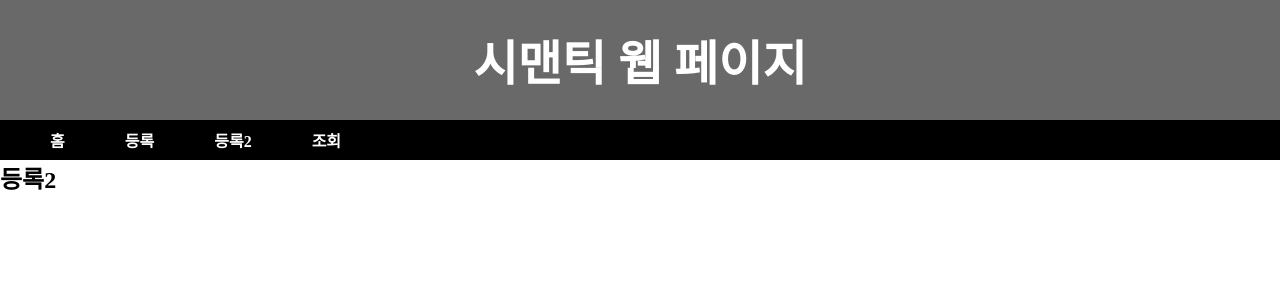
Repository: balhyo-younjisang/DigitechJSP
Page: http://localhost/InputPractice/
The author's editor kept a copy of each file at every save. The page is drawn from the files as they stood at one save, then again after the next save.
The browser window is 1280 px wide. The pictures show the whole page.
The page is served by Tomcat 9. Queries for data that is not in the repository find no rows.

Above is the page before, as saved 2025-03-27 07:13:56.

After the next save:
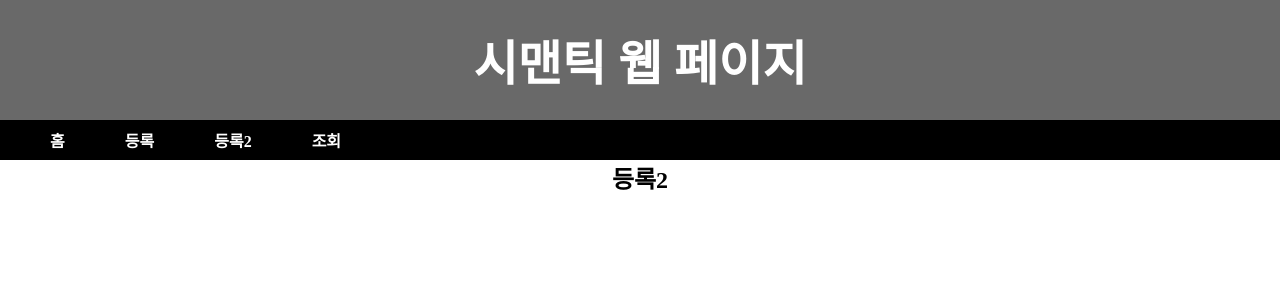
Saved 34 s later.
--- a/InputPractice/src/main/webapp/css/style.css
+++ b/InputPractice/src/main/webapp/css/style.css
@@ -47,3 +47,9 @@ header .gnb {
 	color: white;
 	font-weight: bold;
 }
+
+main {
+	display: flex;
+	flex-direction: column;
+	align-items: center;
+	}
